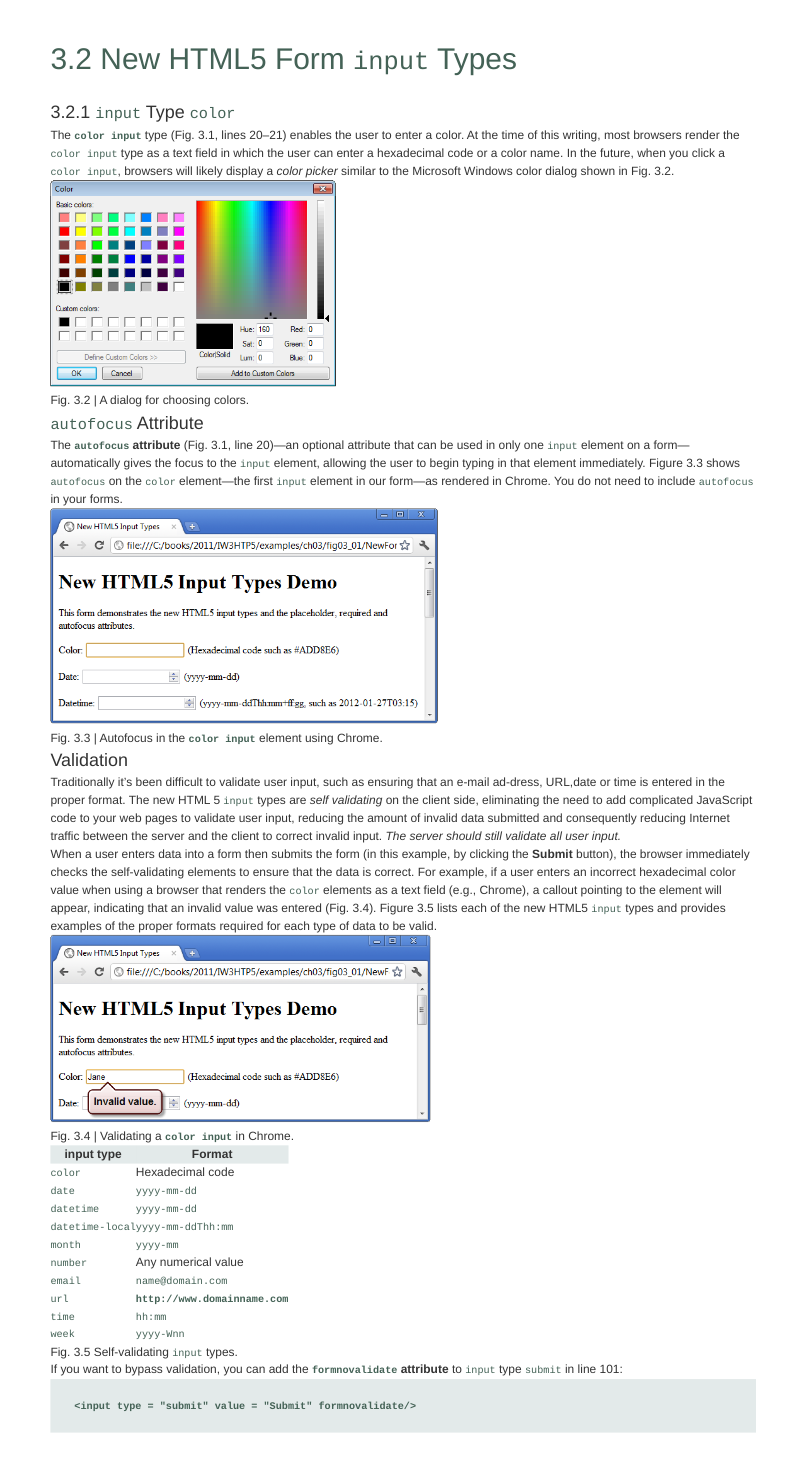
Repository: mlmEFSC21/P4-Textbook-Copy
Page: index.html
These files come from the project's save history. The page is drawn as it stood at one moment and after the next save; the edit follows.
The browser window is 1280 px wide. The pictures show the whole page, at 63% of full size.

Above is the page before, as saved 2022-02-03 17:08:35.

### index.html
<!DOCTYPE html>
<html lang="en">
    <head>
        <meta charset="UTF-8" />
        <meta http-equiv="X-UA-Compatible" content="IE=edge" />
        <meta name="viewport" content="width=device-width, initial-scale=1.0" />
        <link rel="stylesheet" href="bookStyles.css" />
        <title>Laying Out Book Pages</title>
    </head>
    <header>
        <h1>
            3.2 New HTML5 Form <code><span class="header1">input</span></code> Types
        </h1>
    </header>
    <body>
        <section class="color-input-type">
            <header>
                <h2>3.2.1 <code>input</code> Type <code>color</code></h2>
            </header>
            <p>
                The <code><span class="code-heavy">color input</span></code> type (Fig. 3.1, lines
                20–21) enables the user to enter a color. At the time of this writing, most browsers
                render the <code>color input</code> type as a text field in which the user can enter
                a hexadecimal code or a color name. In the future, when you click a
                <code>color input</code>, browsers will likely display a
                <em>color picker</em> similar to the Microsoft Windows color dialog shown in Fig.
                3.2.
            </p>
            <figure>
                <img src="images\OperaColorInput.png" alt="Microsoft Windows color dialog" />
                <figcaption>Fig. 3.2 | A dialog for choosing colors.</figcaption>
            </figure>
        </section>
        <section class="autofocus-attribute">
            <header>
                <h2><code>autofocus</code> Attribute</h2>
            </header>
            <p>
                The <code><span class="code-heavy">autofocus</span></code>
                <strong>attribute</strong> (Fig. 3.1, line 20)—an optional attribute that can be
                used in only one <code>input</code> element on a form—automatically gives the focus
                to the <code>input</code> element, allowing the user to begin typing in that element
                immediately. Figure 3.3 shows <code>autofocus</code> on the
                <code>color</code> element—the first <code>input</code> element in our form—as
                rendered in Chrome. You do not need to include <code>autofocus</code> in your forms.
            </p>
            <figure>
                <img
                    src="images\Autofocus.png"
                    alt="web page demo of autofocus on a color input field"
                />
                <figcaption>
                    Fig. 3.3 | Autofocus in the
                    <code><span class="code-heavy">color input</span></code> element using Chrome.
                </figcaption>
            </figure>
        </section>
        <section class="input-validation">
            <header>
                <h2>Validation</h2>
            </header>
            <p>
                Traditionally it’s been difficult to validate user input, such as ensuring that an
                e-mail ad-dress, URL,date or time is entered in the proper format. The new HTML 5
                <code>input</code> types are <em>self validating</em> on the client side,
                eliminating the need to add complicated JavaScript code to your web pages to
                validate user input, reducing the amount of invalid data submitted and consequently
                reducing Internet traffic between the server and the client to correct invalid
                input. <em>The server should still validate all user input.</em>
            </p>
            <p>
                When a user enters data into a form then submits the form (in this example, by
                clicking the <strong>Submit</strong> button), the browser immediately checks the
                self-validating elements to ensure that the data is correct. For example, if a user
                enters an incorrect hexadecimal color value when using a browser that renders the
                <code>color</code> elements as a text field (e.g., Chrome), a callout pointing to
                the element will appear, indicating that an invalid value was entered (Fig. 3.4).
                Figure 3.5 lists each of the new HTML5 <code>input</code> types and provides
                examples of the proper formats required for each type of data to be valid.
            </p>
            <figure>
                <img
                    src="images\SelfValidationChrome.png"
                    alt="web page demo of validation preventing a non color input into a color input field"
                />
                <figcaption>
                    Fig. 3.4 | Validating a
                    <code><span class="code-heavy">color input</span></code> in Chrome.
                </figcaption>
            </figure>
        </section>
        <section class="self-validating-types">
            <figure>
                <table class="validation-table">
                    <thead>
                        <th>input type</th>
                        <th>Format</th>
                    </thead>
                    <tr>
                        <td><code>color</code></td>
                        <td>Hexadecimal code</td>
                    </tr>
                    <tr>
                        <td><code>date</code></td>
                        <td><code>yyyy-mm-dd</code></td>
                    </tr>
                    <tr>
                        <td><code>datetime</code></td>
                        <td><code>yyyy-mm-dd</code></td>
                    </tr>
                    <tr>
                        <td><code>datetime-local</code></td>
                        <td><code>yyyy-mm-ddThh:mm</code></td>
                    </tr>
                    <tr>
                        <td><code>month</code></td>
                        <td><code>yyyy-mm</code></td>
                    </tr>
                    <tr>
                        <td><code>number</code></td>
                        <td>Any numerical value</td>
                    </tr>
                    <tr>
                        <td><code>email</code></td>
                        <td><code>name@domain.com</code></td>
                    </tr>
                    <tr>
                        <td><code>url</code></td>
                        <td>
                            <a href="http://www.domainname.com"
                                ><code>http://www.domainname.com</code></a
                            >
                        </td>
                    </tr>
                    <tr>
                        <td><code>time</code></td>
                        <td><code>hh:mm</code></td>
                    </tr>
                    <tr>
                        <td><code>week</code></td>
                        <td><code>yyyy-Wnn</code></td>
                    </tr>
                </table>
                <figcaption>Fig. 3.5 Self-validating <code>input</code> types.</figcaption>
            </figure>
            <aside>
                <p>
                    If you want to bypass validation, you can add the
                    <code><span class="code-heavy">formnovalidate</span></code>
                    <strong>attribute</strong> to <code>input</code> type <code>submit</code> in
                    line 101:
                </p>
                <div class="form-no-val">
                    <span class="code-heavy"
                        ><code
                            >&lt;input type = "submit" value = "Submit" formnovalidate/&gt;</code
                        ></span
                    >
                </div>
            </aside>
        </section>
    </body>
</html>

### bookStyles.css
:root {
    --clr-prime: #;
    --clr-background-accent: rgba(70, 114, 115, 0.15);
    --clr-font-links: #275b8a;
    --clr-font-prime: #333;
    --clr-font-code: #446256;
    --clr-font-figcap: darkgrey;
    --clr-background: white;
}
*,
*::before,
*::after {
    margin: 0;
    padding: 0;
    box-sizing: border-box;
}
html {
    font-size: 19px;
    font-family: sans-serif;
}
body {
    font-family: "Helvetica Neue", Helvetica, Arial, "Lucida Grande", sans-serif;
    margin: 57px 0;
    padding: 0 80px;
    padding: auto;
    line-height: 1.5;
    background-color: var(--clr-background);
    color: var(--clr-font-prime);
}
h1 {
    font-size: 2.5em;
    margin-top: 1.15em;
    margin-bottom: 0.6em;
    font-style: normal;
    font-weight: 300;
    line-height: 1.5;
}
h2 {
    font-weight: 400;
}
h1,
code {
    color: var(--clr-font-code);
}
code {
    font-family: Courier, "Courier New", monospace;
    font-size: 0.85em;
}
.code-heavy {
    font-weight: 900;
}
table {
    border-collapse: collapse;
}
div {
    padding: 1.5em 0 1.5em 2em;
}
th,
div {
    background-color: var(--clr-background-accent);
}
a {
    color: var(--clr-font-links);
    text-decoration: none;
    font-weight: 700;
    cursor: pointer;
}

After the next save:
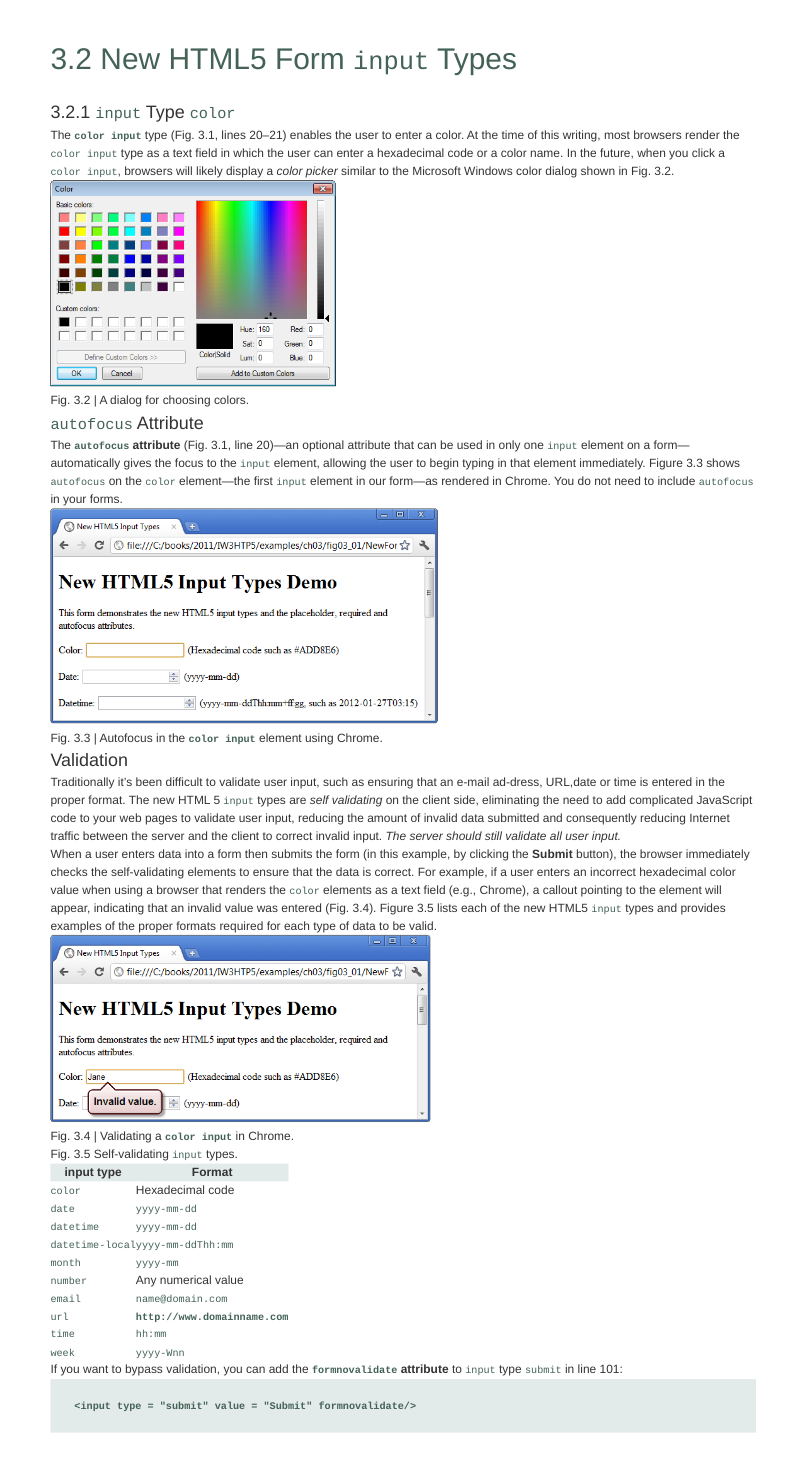
Saved 3 min 24 s later.
--- a/index.html
+++ b/index.html
@@ -91,6 +91,7 @@
         </section>
         <section class="self-validating-types">
             <figure>
+                <figcaption>Fig. 3.5 Self-validating <code>input</code> types.</figcaption>
                 <table class="validation-table">
                     <thead>
                         <th>input type</th>
@@ -141,7 +142,6 @@
                         <td><code>yyyy-Wnn</code></td>
                     </tr>
                 </table>
-                <figcaption>Fig. 3.5 Self-validating <code>input</code> types.</figcaption>
             </figure>
             <aside>
                 <p>
